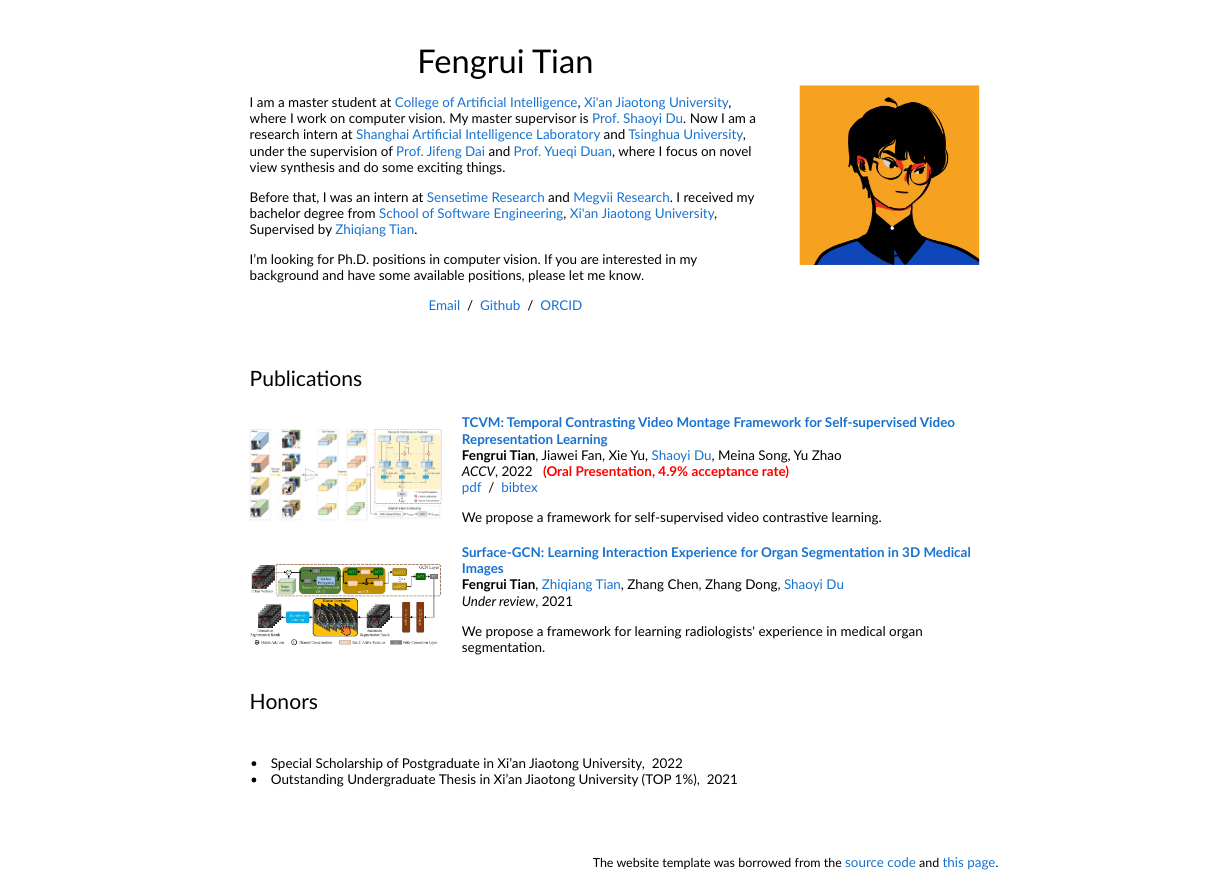
Repository: tianfr/tianfr.github.io
Page: index.html
An editor plug-in stored every save of this project. The page is shown before and after the next save, followed by the edit.
The browser window is 1280 px wide. The pictures show the whole page, at 96% of full size.

Above is the page before, as saved 2022-11-20 16:18:32.

### index.html
<!DOCTYPE HTML>
<html lang="en"><head><meta http-equiv="Content-Type" content="text/html; charset=UTF-8">

  <title>Fengrui Tian </title>

  <meta name="author" content="Fengrui Tian">
  <meta name="viewport" content="width=device-width, initial-scale=1">

  <link rel="stylesheet" type="text/css" href="stylesheet.css">
	<link rel="icon" href="data:[embedded picture, 141 characters]">
</head>

<body>
  <table style="width:100%;max-width:800px;border:0px;border-spacing:0px;border-collapse:separate;margin-right:auto;margin-left:auto;"><tbody>
    <tr style="padding:0px">
      <td style="padding:0px">
        <table style="width:100%;border:0px;border-spacing:0px;border-collapse:separate;margin-right:auto;margin-left:auto;"><tbody>
          <tr style="padding:0px">
            <td style="padding:2.5%;width:63%;vertical-align:middle">
              <p style="text-align:center">
                <name>
                  Fengrui Tian
                  <!-- <font face="KaiTi" size="6">田丰瑞</font> -->
                </name>
              </p>
              <p>I am a master student at <a href="http://iair.xjtu.edu.cn/">College of Artificial Intelligence</a>, <a href="http://www.xjtu.edu.cn/">Xi'an Jiaotong University</a>, where I work on computer vision. My master supervisor is <a href="https://gr.xjtu.edu.cn/en/web/dushaoyi/home">Prof. Shaoyi Du</a>. Now I am a research intern at <a href="https://www.shlab.org.cn/">Shanghai Artificial Intelligence Laboratory</a> and <a href="https://www.tsinghua.edu.cn/">Tsinghua University</a>, under the supervision of <a href="https://jifengdai.org/">Prof. Jifeng Dai</a> and  <a href="https://duanyueqi.github.io/">Prof. Yueqi Duan</a>, where I focus on novel view synthesis and do some exciting things.
              </p>
              <p> Before that, I was an intern at <a href="https://www.sensetime.com/">Sensetime Research</a> and
                <a href="https://www.megvii.com/">Megvii Research</a>. I received my bachelor degree from  <a href="https://blog.google/products/google-ar-vr/introducing-next-generation-jump/">School of Software Engineering</a>, <a href="http://www.xjtu.edu.cn/">Xi'an Jiaotong University</a>, Supervised by <a href="https://gr.xjtu.edu.cn/en/web/zhiqiangtian/home">Zhiqiang Tian</a>.
              </p>
              <p>  I’m looking for Ph.D. positions in computer vision. If you are interested in my background and have some available positions, please let me know.
              </p>
              <p style="text-align:center">
                <a href="mailto:tianfr@stu.xjtu.edu.cn">Email</a> &nbsp/&nbsp
                <!-- <a href="data/JonBarron-CV.pdf">CV</a> &nbsp/&nbsp -->
                <!-- <a href="data/JonBarron-bio.txt">Bio</a> &nbsp/&nbsp -->
                <!-- <a href="https://scholar.google.com/citations?hl=en&user=jktWnL8AAAAJ">Google Scholar</a> &nbsp/&nbsp -->
                <!-- <a href="https://twitter.com/jon_barron">Twitter</a> &nbsp/&nbsp -->
                <a href="https://github.com/tianfr/">Github</a> &nbsp/&nbsp
                <a href="https://orcid.org/0000-0002-9577-5276">ORCID</a>
              </p>
            </td>
            <td style="padding:2.5%;width:25%;max-width:25%">
              <a href="images/Fengrui_Tian_avatar.jpg"><img style="width:100%;max-width:100%" alt="profile photo" src="images/Fengrui_Tian_avatar.jpg" class="hoverZoomLink"></a>
            </td>
          </tr>
        <!-- </tbody></table>
        <table style="width:100%;border:0px;border-spacing:0px;border-collapse:separate;margin-right:auto;margin-left:auto;"><tbody>
            <tr>
            <td style="padding:20px;width:100%;vertical-align:middle">
              <heading>Research</heading>
              <p>
                I'm interested in computer vision, machine learning, optimization, and image processing. Much of my research is about inferring the physical world (shape, motion, color, light, etc) from images. Representative papers are <span class="highlight">highlighted</span>.
              </p>
            </td>
          </tr>
        </tbody></table> -->
        <table width="100%" align="center" border="0" cellspacing="0" cellpadding="20"><tbody>
          <tr>
            <td>
              <heading>Publications</heading>
            </td>
          </tr>
        </tbody></table>
        <table style="width:100%;border:0px;border-spacing:0px;border-collapse:separate;margin-right:auto;margin-left:auto;"><tbody>

          <tr onmouseout="dreamfusion_stop()" onmouseover="dreamfusion_start()">
            <td style="padding:20px;width:25%;vertical-align:middle">
              <img src="images/tcvm_overview.jpg" alt="prl" width="200" height="95">
            </td>
            <!-- <td style="padding:20px;width:25%;vertical-align:middle">
              <div class="one">
                <div class="two" id='dreamfusion_image'><video  width=100% height=100% muted autoplay loop>
                <source src="images/dreamfusion.mp4" type="video/mp4">
                Your browser does not support the video tag.
                </video></div>
                <img src='images/tcvm_overview.jpg' width="160">
              </div>
              <script type="text/javascript">
                function dreamfusion_start() {
                  document.getElementById('dreamfusion_image').style.opacity = "1";
                }

                function dreamfusion_stop() {
                  document.getElementById('dreamfusion_image').style.opacity = "0";
                }
                dreamfusion_stop()
              </script>
            </td> -->
            <!-- <td style="padding:20px;width:75%;vertical-align:middle"> -->
            <td width="75%" valign="middle">
              <a href="paper/22accv_tcvm.pdf">
                <papertitle>TCVM: Temporal Contrasting Video Montage Framework for Self-supervised Video Representation Learning</papertitle>
              </a>
              <br>
              <strong>Fengrui Tian</strong>,
              Jiawei Fan,
              Xie Yu,
              <a href="https://gr.xjtu.edu.cn/en/web/dushaoyi/home">Shaoyi Du</a>,
              Meina Song,
              Yu Zhao
              <br>
              <em>ACCV</em>, 2022 &nbsp <font color="red"><strong>(Oral Presentation, 4.9% acceptance rate)</strong></font>
              <br>
              <a href="paper/22accv_tcvm.pdf">pdf</a>  &nbsp/&nbsp
              <a href="data/accv22TCVM.bib">bibtex</a>
              <p></p>
              <p>
              We propose a framework for self-supervised video contrastive learning.
              </p>
            </td>
          </tr>


          <tr>
            <td style="padding:20px;width:25%;vertical-align:middle">
              <img src="images/surfacegcn.jpg" alt="prl" width="200" height="85">
            </td>
            <td width="75%" valign="middle">
              <a href="">
                <papertitle>Surface-GCN: Learning Interaction Experience for Organ Segmentation in 3D Medical Images</papertitle>
              </a>
              <br>
              <strong>Fengrui Tian</strong>,
              <a href="https://gr.xjtu.edu.cn/en/web/zhiqiangtian/home">Zhiqiang Tian</a>,
              Zhang Chen,
              Zhang Dong,
              <a href="https://gr.xjtu.edu.cn/en/web/dushaoyi/home">Shaoyi Du</a>
              <br>
              <em>Under review</em>, 2021
              <br>
              <!-- <a href="data/BarronPRL2009.bib">bibtex</a> -->
              <p>We propose a framework for learning radiologists' experience in medical organ segmentation.</p>
            </td>
          </tr>

        </tbody></table>


        <table width="100%" align="center" border="0" cellspacing="0" cellpadding="20"><tbody>
          <tr>
            <td>
              <heading>Honors</heading>
            </td>
          </tr>
        </tbody></table>
        <table width="100%" align="center" border="0" cellpadding="20"><tbody>
          <tr>
            <td style="padding:20px;width:100%;vertical-align:middle">
              <li>Special Scholarship of Postgraduate in Xi’an Jiaotong University,&nbsp; 2022 </li>
              <li>Outstanding Undergraduate Thesis in Xi’an Jiaotong University (TOP 1%),&nbsp; 2021 </li> <br>
          </td>

          </tr>


        </tbody></table>
        <table style="width:100%;border:0px;border-spacing:0px;border-collapse:separate;margin-right:auto;margin-left:auto;"><tbody>
          <tr>
            <td style="padding:0px">
              <br>
              <p style="text-align:right;font-size:small;">
                The website template was borrowed from the <a href="https://github.com/jonbarron/website">source code</a> and <a href="https://jonbarron.info/"> this page</a>.
              </p>
            </td>
          </tr>
        </tbody></table>
      </td>
    </tr>
  </table>
</body>

</html>

### stylesheet.css
/* latin-ext */
@font-face {
  font-family: 'Lato';
  font-style: italic;
  font-weight: 400;
  src: local('Lato Italic'), local('Lato-Italic'), url(https://fonts.gstatic.com/s/lato/v15/S6u8w4BMUTPHjxsAUi-qNiXg7eU0.woff2) format('woff2');
  unicode-range: U+0100-024F, U+0259, U+1E00-1EFF, U+2020, U+20A0-20AB, U+20AD-20CF, U+2113, U+2C60-2C7F, U+A720-A7FF;
}
/* latin */
@font-face {
  font-family: 'Lato';
  font-style: italic;
  font-weight: 400;
  src: local('Lato Italic'), local('Lato-Italic'), url(https://fonts.gstatic.com/s/lato/v15/S6u8w4BMUTPHjxsAXC-qNiXg7Q.woff2) format('woff2');
  unicode-range: U+0000-00FF, U+0131, U+0152-0153, U+02BB-02BC, U+02C6, U+02DA, U+02DC, U+2000-206F, U+2074, U+20AC, U+2122, U+2191, U+2193, U+2212, U+2215, U+FEFF, U+FFFD;
}
/* latin-ext */
@font-face {
  font-family: 'Lato';
  font-style: italic;
  font-weight: 700;
  src: local('Lato Bold Italic'), local('Lato-BoldItalic'), url(https://fonts.gstatic.com/s/lato/v15/S6u_w4BMUTPHjxsI5wq_FQftx9897sxZ.woff2) format('woff2');
  unicode-range: U+0100-024F, U+0259, U+1E00-1EFF, U+2020, U+20A0-20AB, U+20AD-20CF, U+2113, U+2C60-2C7F, U+A720-A7FF;
}
/* latin */
@font-face {
  font-family: 'Lato';
  font-style: italic;
  font-weight: 700;
  src: local('Lato Bold Italic'), local('Lato-BoldItalic'), url(https://fonts.gstatic.com/s/lato/v15/S6u_w4BMUTPHjxsI5wq_Gwftx9897g.woff2) format('woff2');
  unicode-range: U+0000-00FF, U+0131, U+0152-0153, U+02BB-02BC, U+02C6, U+02DA, U+02DC, U+2000-206F, U+2074, U+20AC, U+2122, U+2191, U+2193, U+2212, U+2215, U+FEFF, U+FFFD;
}
/* latin-ext */
@font-face {
  font-family: 'Lato';
  font-style: normal;
  font-weight: 400;
  src: local('Lato Regular'), local('Lato-Regular'), url(https://fonts.gstatic.com/s/lato/v15/S6uyw4BMUTPHjxAwXiWtFCfQ7A.woff2) format('woff2');
  unicode-range: U+0100-024F, U+0259, U+1E00-1EFF, U+2020, U+20A0-20AB, U+20AD-20CF, U+2113, U+2C60-2C7F, U+A720-A7FF;
}
/* latin */
@font-face {
  font-family: 'Lato';
  font-style: normal;
  font-weight: 400;
  src: local('Lato Regular'), local('Lato-Regular'), url(https://fonts.gstatic.com/s/lato/v15/S6uyw4BMUTPHjx4wXiWtFCc.woff2) format('woff2');
  unicode-range: U+0000-00FF, U+0131, U+0152-0153, U+02BB-02BC, U+02C6, U+02DA, U+02DC, U+2000-206F, U+2074, U+20AC, U+2122, U+2191, U+2193, U+2212, U+2215, U+FEFF, U+FFFD;
}
/* latin-ext */
@font-face {
  font-family: 'Lato';
  font-style: normal;
  font-weight: 700;
  src: local('Lato Bold'), local('Lato-Bold'), url(https://fonts.gstatic.com/s/lato/v15/S6u9w4BMUTPHh6UVSwaPGQ3q5d0N7w.woff2) format('woff2');
  unicode-range: U+0100-024F, U+0259, U+1E00-1EFF, U+2020, U+20A0-20AB, U+20AD-20CF, U+2113, U+2C60-2C7F, U+A720-A7FF;
}
/* latin */
@font-face {
  font-family: 'Lato';
  font-style: normal;
  font-weight: 700;
  src: local('Lato Bold'), local('Lato-Bold'), url(https://fonts.gstatic.com/s/lato/v15/S6u9w4BMUTPHh6UVSwiPGQ3q5d0.woff2) format('woff2');
  unicode-range: U+0000-00FF, U+0131, U+0152-0153, U+02BB-02BC, U+02C6, U+02DA, U+02DC, U+2000-206F, U+2074, U+20AC, U+2122, U+2191, U+2193, U+2212, U+2215, U+FEFF, U+FFFD;
}

a {
  color: #1772d0;
  text-decoration: none;
}

a:focus,
a:hover {
  color: #f09228;
  text-decoration: none;
}

body,
td,
th,
tr,
p,
a {
  font-family: 'Lato', Verdana, Helvetica, sans-serif;
  font-size: 14px
}

strong {
  font-family: 'Lato', Verdana, Helvetica, sans-serif;
  font-size: 14px;
}

heading {
  font-family: 'Lato', Verdana, Helvetica, sans-serif;
  font-size: 22px;
}

papertitle {
  font-family: 'Lato', Verdana, Helvetica, sans-serif;
  font-size: 14px;
  font-weight: 700
}

name {
  font-family: 'Lato', Verdana, Helvetica, sans-serif;
  font-size: 34px;
}

.one {
  width: 160px;
  height: 160px;
  position: relative;
}

.two {
  width: 160px;
  height: 160px;
  position: absolute;
  transition: opacity .2s ease-in-out;
  -moz-transition: opacity .2s ease-in-out;
  -webkit-transition: opacity .2s ease-in-out;
}

.fade {
  transition: opacity .2s ease-in-out;
  -moz-transition: opacity .2s ease-in-out;
  -webkit-transition: opacity .2s ease-in-out;
}

span.highlight {
  background-color: #ffffd0;
}

After the next save:
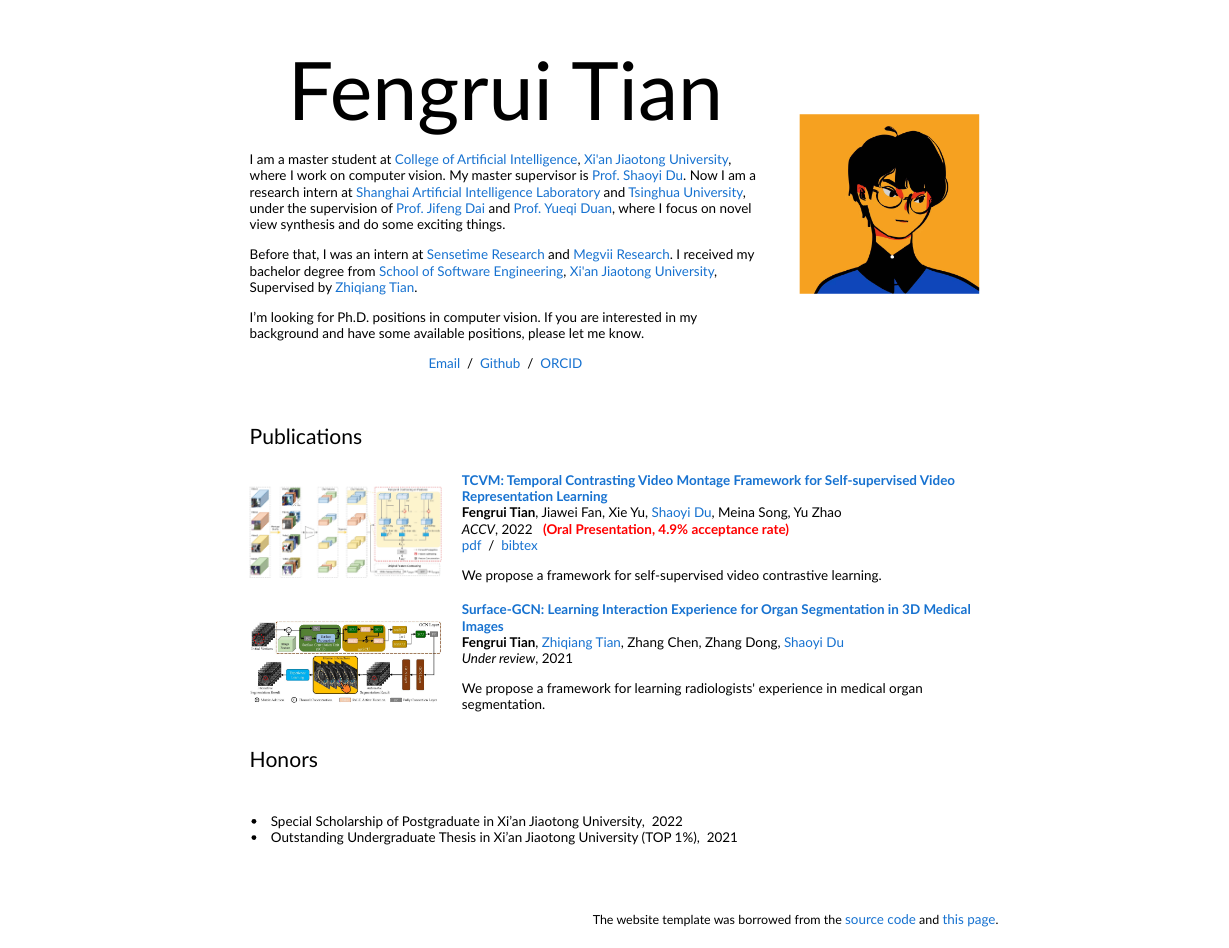
Saved 6 s later.
--- a/stylesheet.css
+++ b/stylesheet.css
@@ -102,7 +102,7 @@
 
 name {
   font-family: 'Lato', Verdana, Helvetica, sans-serif;
-  font-size: 34px;
+  font-size: 84px;
 }
 
 .one {

After the save that followed:
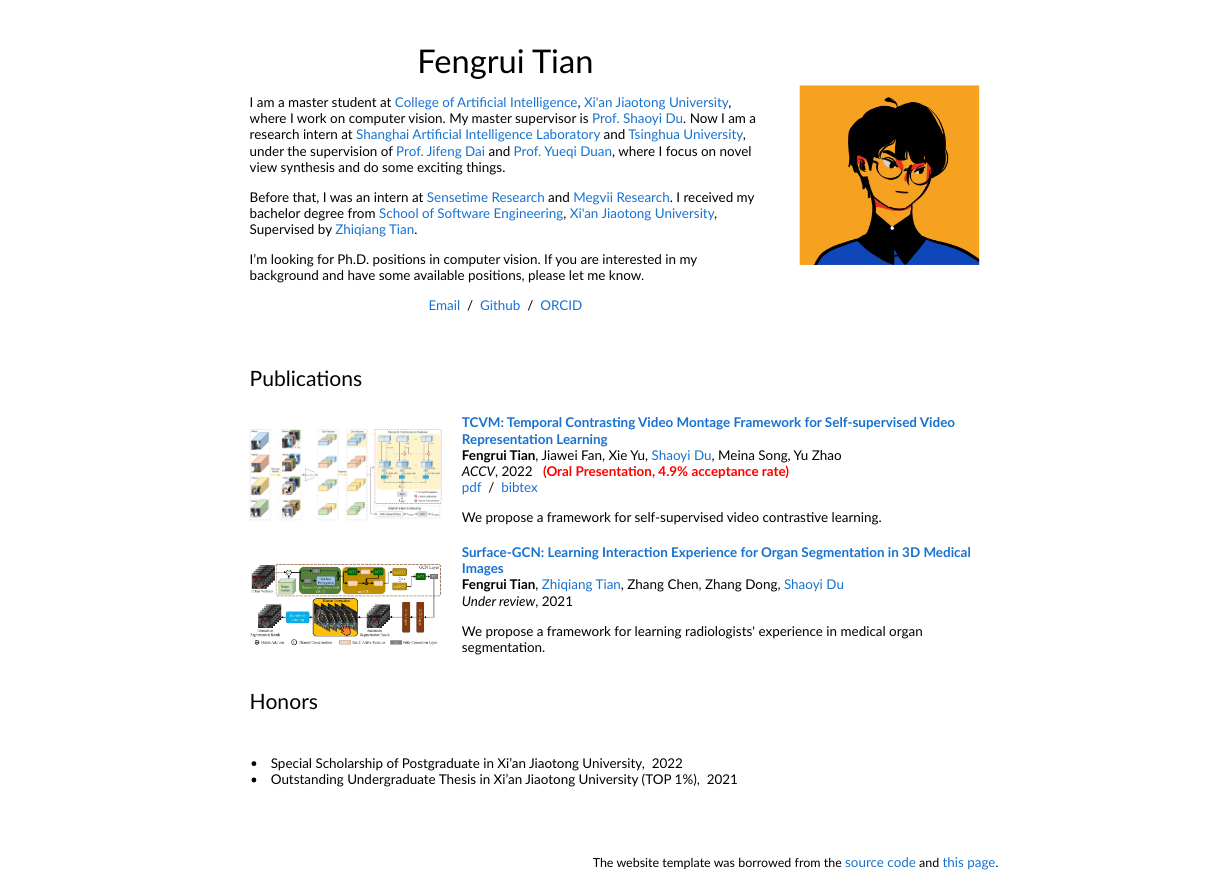
Saved 6 s later.
--- a/stylesheet.css
+++ b/stylesheet.css
@@ -102,7 +102,7 @@
 
 name {
   font-family: 'Lato', Verdana, Helvetica, sans-serif;
-  font-size: 84px;
+  font-size: 34px;
 }
 
 .one {
